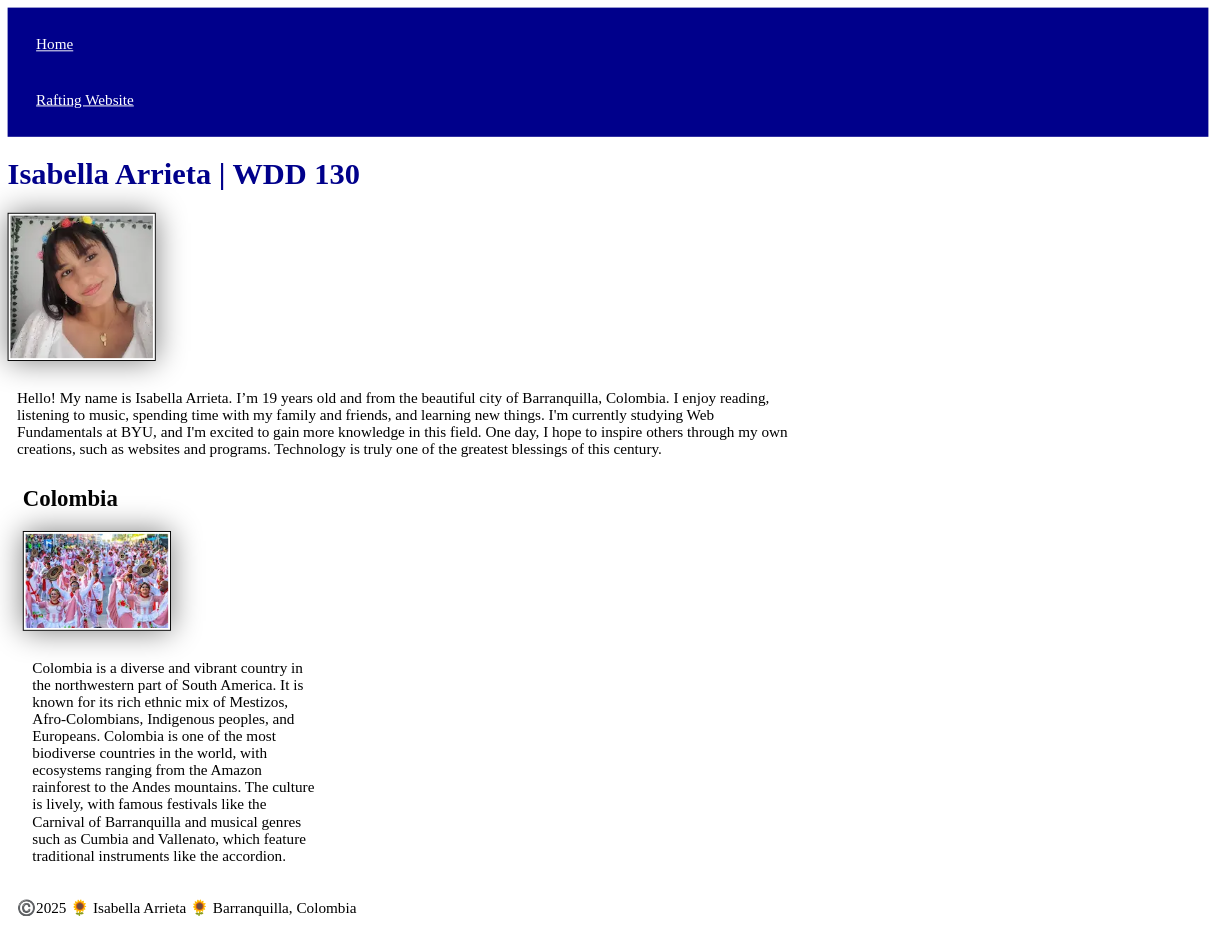
Repository: isaAJ05/wdd130
Page: index.html
An editor plug-in stored every save of this project. The page is shown before and after the next save, followed by the edit.
The browser window is 1280 px wide. The pictures show the whole page, at 95% of full size.

Above is the page before, as saved 2025-05-15 12:42:51.

### index.html
<!DOCTYPE html>
<html lang="en-US">
    <head>
        <meta charset="UTF-8">
        <meta name="viewport" content="width=device-width, initial-scale=1.0">
        <title>Isabella Arrieta | WDD 130</title>
        <meta name="description" content="About Isabella Arrieta">
        <meta name="author" content="Isabella Arrieta">
        <link rel="stylesheet" href="styles/styles.css">
    </head>
    <body>
        <header>
            <nav>
                <a href="#">Home</a>
                <a href="wwr/">Rafting Website</a>
            </nav>
        </header>
        <main>
            <h1>Isabella Arrieta | WDD 130</h1>
            <img src="images/profile.webp" alt="Hello, my name is Isabella Arrieta Juliao" width="200">
            <p>Hello! My name is Isabella Arrieta. I’m 19 years old and from the beautiful city of Barranquilla, Colombia. I enjoy reading, listening to music, spending time with my family and friends, and learning new things. I'm currently studying Web Fundamentals at BYU, and I'm excited to gain more knowledge in this field. One day, I hope to inspire others through my own creations, such as websites and programs. Technology is truly one of the greatest blessings of this century.</p>
        </main>
        <aside>
            <h2>Colombia</h2>
            <img src="images/cumbia.webp" alt="This is Cumbia a famous dance from Colombia" width="200">
            <p>Colombia is a diverse and vibrant country in the northwestern part of South America. It is known for its rich ethnic mix of Mestizos, Afro-Colombians, Indigenous peoples, and Europeans. Colombia is one of the most biodiverse countries in the world, with ecosystems ranging from the Amazon rainforest to the Andes mountains. The culture is lively, with famous festivals like the Carnival of Barranquilla and musical genres such as Cumbia and Vallenato, which feature traditional instruments like the accordion.</p>
        </aside>
        <footer>
            <p>©️2025 🌻 Isabella Arrieta 🌻 Barranquilla, Colombia</p>
        </footer>
    </body>
</html>

### styles/styles.css
nav {
    background-color: darkblue;
    padding: 10px;
}

nav a {
    color: white;
    display: block;
    padding: 20px;
}

h1 {
    color: darkblue;
}

img {
    width: 150px;
    height: auto;
    border: 1px solid black;
    padding: 2px;
    box-shadow: 0 0 30px gray;
}

p {
    padding: 10px;
}

main{
    max-width: 840px;
}

aside{
    width: 20rem;
    margin: 1rem;
    border: ;
    padding: ;
    background-color: ;
    color: ;
}

After the next save:
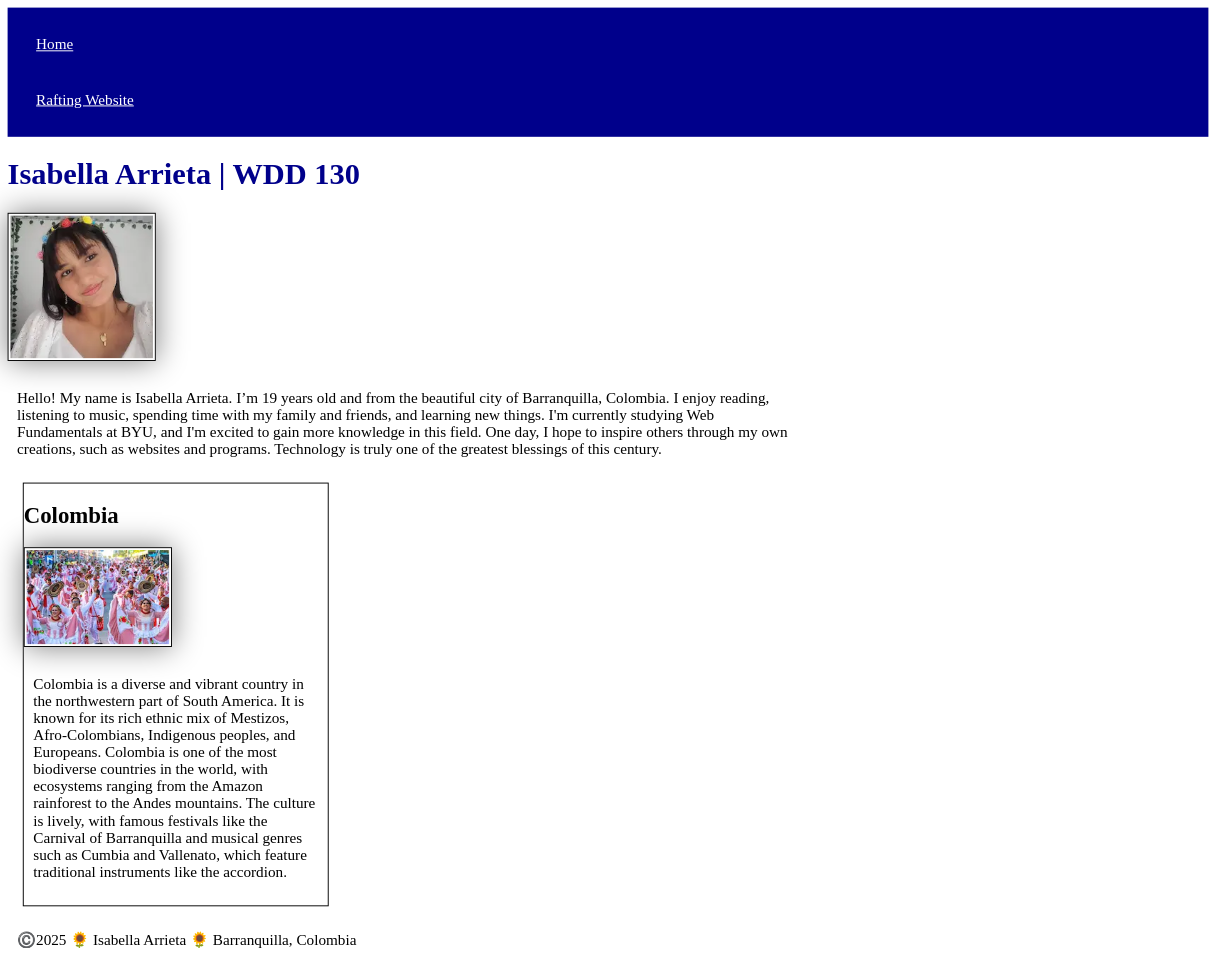
Saved 5 s later.
--- a/styles/styles.css
+++ b/styles/styles.css
@@ -32,7 +32,7 @@
 aside{
     width: 20rem;
     margin: 1rem;
-    border: ;
+    border: 1px solid black;
     padding: ;
     background-color: ;
     color: ;

After the 3 saves that followed:
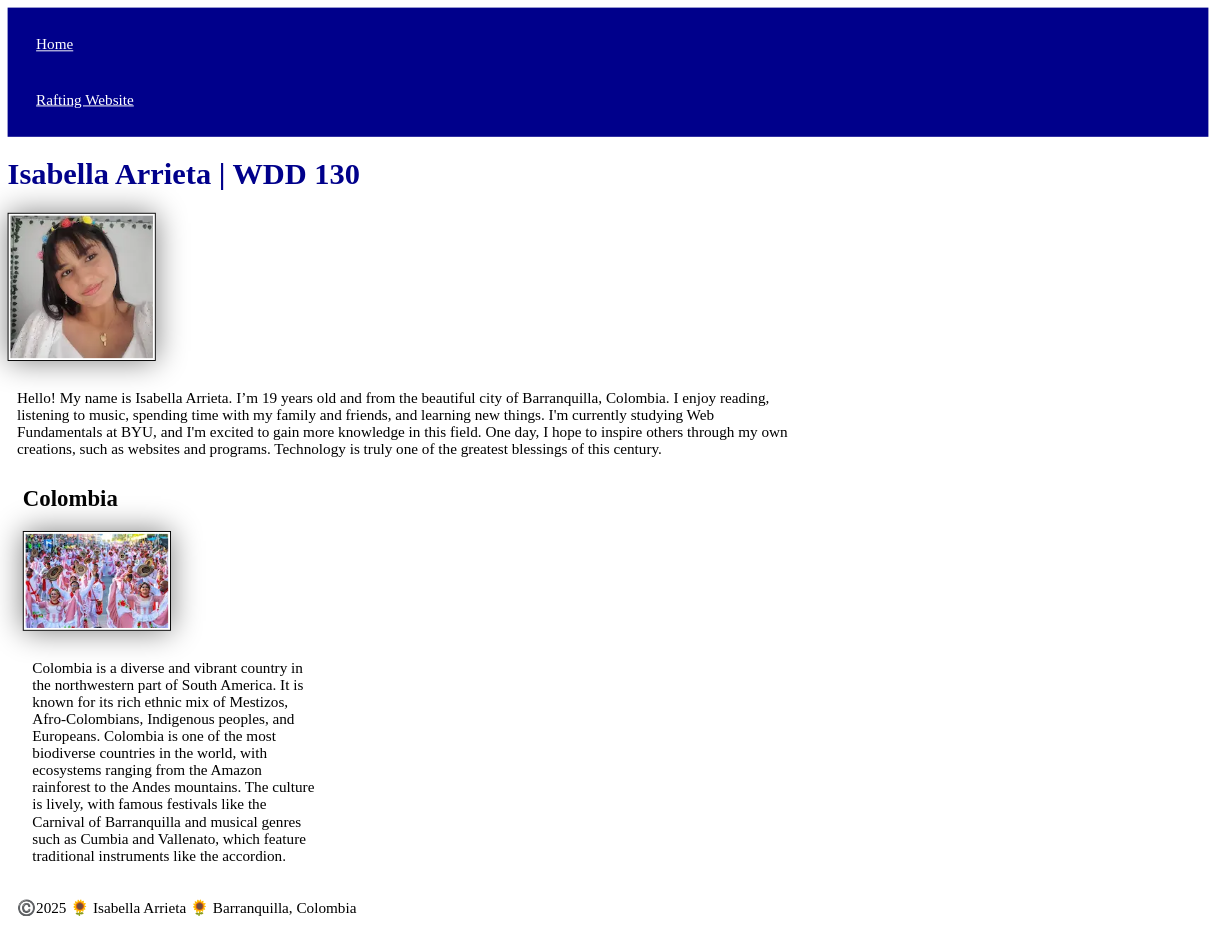
The 3 saves are shown as one change because they came seconds apart.
The last was saved 30 s later.
--- a/styles/styles.css
+++ b/styles/styles.css
@@ -32,7 +32,7 @@
 aside{
     width: 20rem;
     margin: 1rem;
-    border: 1px solid black;
+    border: 1px solid rgb;
     padding: ;
     background-color: ;
     color: ;
